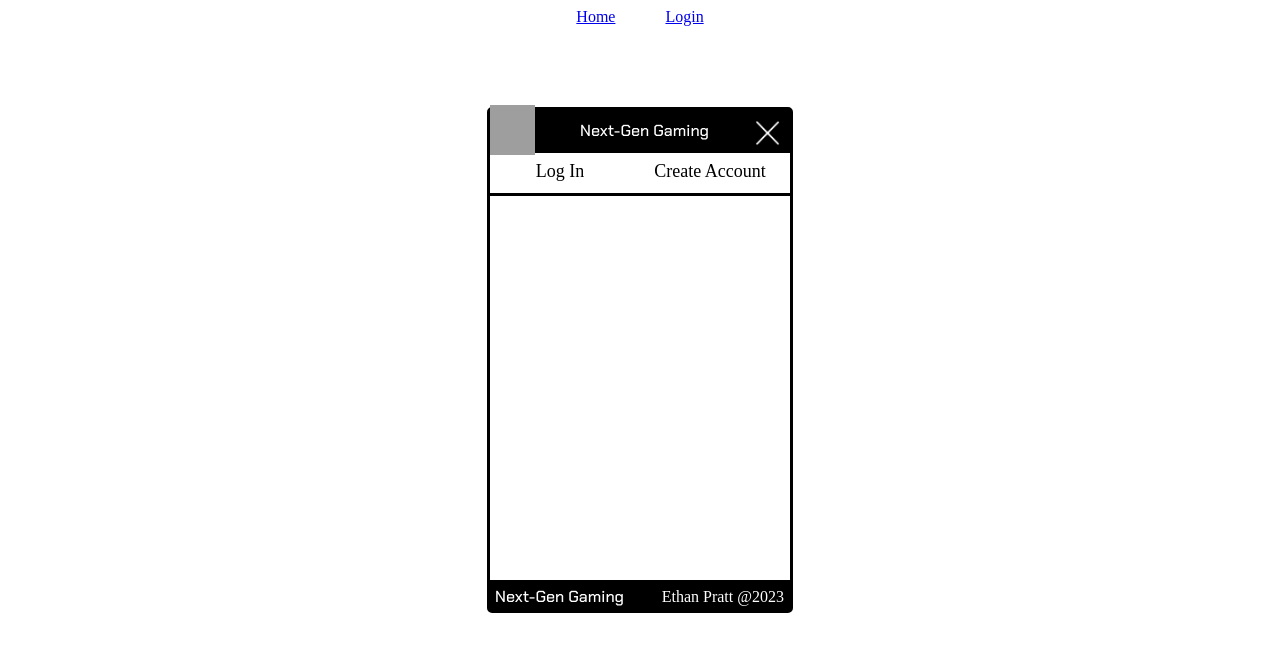
Repository: ghend99/login-page
Page: /change
An editor plug-in stored every save of this project. The page is shown before and after the next save, followed by the edit.
The browser window is 1280 px wide. The pictures show the whole page.
Pictures or frames that could not be fetched are drawn as grey boxes. The project was rebuilt for these pictures with package versions that can differ from the ones it lists, and the page was loaded fresh each time. Also part of the build but not shown: src/css/Create2.css, src/pages/Home.tsx, src/config/firebase.ts, src/pages/Login.tsx, src/css/Create.css, src/pages/Create.tsx, src/pages/Create2.tsx.

Above is the page before, as saved 2023-02-15 14:33:28.

### src/App.tsx
import React from "react";
import { BrowserRouter as Router, Routes, Route, Link } from "react-router-dom";
import "./css/App.css";
import "./css/LogIn.css";
import "./css/Create2.css";
import { Home } from "./pages/Home";
import { Login } from "./pages/Login";
import { Create } from "./pages/Create";
import { Create2 } from "./pages/Create2";
import { Change } from "./pages/Change";
import { Navbar } from "./Navbar";
function App() {
  return (
    <div className="App">
      <Router>
        <Navbar />
        <Routes>
          <Route path="/" element={<Home />} />
          <Route path="/login" element={<Login />} />
          <Route path="/change" element={<Change />} />
          <Route path="/create" element={<Create />} />
          <Route path="/create2" element={<Create2 />} />
        </Routes>
      </Router>
    </div>
  );
}

export default App;

### src/css/App.css
.App {
  text-align: center;
}

.App-logo {
  height: 40vmin;
  pointer-events: none;
}

@media (prefers-reduced-motion: no-preference) {
  .App-logo {
    animation: App-logo-spin infinite 20s linear;
  }
}

.App-header {
  background-color: #282c34;
  min-height: 100vh;
  display: flex;
  flex-direction: column;
  align-items: center;
  justify-content: center;
  font-size: calc(10px + 2vmin);
  color: white;
}

.App-link {
  color: #61dafb;
}

@keyframes App-logo-spin {
  from {
    transform: rotate(0deg);
  }
  to {
    transform: rotate(360deg);
  }
}

button {
  cursor: pointer;
}

### src/css/LogIn.css
@import url("https://fonts.googleapis.com/css2?family=Caveat&family=Chakra+Petch:wght@500&display=swap");

.container {
  position: fixed;
  border: solid;
  border-radius: 5px;
  background-color: white;
  height: 500px;
  width: 10%;
  min-width: 300px;
  top: 50%;
  left: 50%;
  transform: translate(-50%, -50%);
  min-width: none;
}

.login-title {
  left: 50px;
}

.navbar-home {
  margin-right: 50px;
}

.main-link {
  position: relative;
  display: grid;
  grid-template-columns: 1fr 1fr;
  border-bottom: solid;
  padding-top: 5px;
  padding-bottom: 5px;
}

.main-link-login,
.main-link-create-account {
  margin-left: 20px;
  font-size: 12px;
  font-size: 18px;
}

.main-login-title {
  position: relative;
  display: flex;
  left: 40px;
  font-size: 20px;
  margin-top: 20px;
  margin-bottom: 10px;
  font-family: "Chakra Petch";
}

.login {
  position: relative;
  display: flex;
  flex-direction: column;
  justify-content: middle;
  width: 300px;
  left: 5%;
  height: 100px;
}

.login-email {
  position: absolute;
  display: flex;
  height: 30px;
  width: 250px;
  margin-top: 15px;
  border: solid;

  border-width: 2.5px;
  border-radius: 2px;
}

.login-email-2 {
  position: absolute;
  display: flex;
  height: 30px;
  width: 250px;
  margin-top: 15px;
  border: solid;
  border-color: orange;
  border-width: 2.5px;
  border-radius: 2px;
}

.login-password {
  position: absolute;
  display: flex;
  margin-top: 40px;
  border: solid;
  height: 30px;
  width: 250px;
  border-width: 2.5px;
  border-radius: 2px;

  vertical-align: center;
  top: 20px;
}

.show-password {
  position: relative;
  left: 90px;
  top: -33px;
}

.login-confirm {
  position: relative;
  display: flex;
  justify-content: center;
  width: 280px;
  height: 30px;
  left: -7px;
  top: 100px;
  margin-top: 15px;
  padding-top: 5px;
  padding-bottom: 5px;
  cursor: pointer;
}

.reset-password {
  display: flex;
  position: relative;
  top: 100px;
}

.login-break {
  position: relative;
  display: flex;
  top: 30px;
  justify-content: center;
}

.google-login {
  position: relative;
  display: flex;
  top: 20px;
  width: 280px;
  height: 30px;
  left: 8px;
  justify-content: center;
  padding-top: 5px;
  padding-bottom: 5px;
}

### src/pages/Change.tsx
import "../css/Change.css";
import { Header } from "../components/Header";
import { Footer } from "../components/Footer";
import { MainLink } from "../components/MainLink";

export const Change = () => {
  return (
    <div className="container-change">
      <Header />
      <MainLink />
      <Footer />
    </div>
  );
};

### src/Navbar.tsx
import { Link } from "react-router-dom";

export const Navbar = () => {
  return (
    <div>
      <Link to="/" className="navbar-home">
        Home
      </Link>
      <Link to="/login">Login</Link>
    </div>
  );
};

### src/components/Header.tsx
import "../css/Header.css";
import { useNavigate } from "react-router-dom";
export const Header = () => {
  const navigate = useNavigate();

  const close = () => {
    navigate("/");
  };

  return (
    <div className="header">
      <img className="header-logo" src={require("../images/logo.png")} />
      <p className="header-title">Next-Gen Gaming</p>

      <img className="header-close" src={require("../images/Close.png")} />
      <button className="header-close--button" onClick={close} />
    </div>
  );
};

### src/components/Footer.tsx
import "../css/Footer.css";

export const Footer = () => {
  return (
    <div className="footer">
      <p className="footer-title">Next-Gen Gaming</p>
      <p className="footer-certification">Ethan Pratt @2023</p>
    </div>
  );
};

### src/components/MainLink.tsx
import { Link } from "react-router-dom";
import "../css/MainLink.css";

export const MainLink = () => {
  return (
    <div className="main-link">
      <Link className="main-link-login" to="/login">
        Log In
      </Link>
      <Link className="main-link-create-account" to="/create">
        Create Account
      </Link>
    </div>
  );
};

### src/css/Change.css
.container-change {
  position: fixed;
  border: solid;
  border-radius: 5px;
  background-color: white;
  height: 500px;
  width: 10%;
  min-width: 300px;
  top: 50%;
  left: 50%;
  transform: translate(-50%, -50%);
  min-width: none;
}

### src/css/Header.css
.header {
  position: relative;
  height: 40px;
  border-bottom: solid;
  background-color: black;
}

.header-logo {
  position: absolute;
  display: flex;
  top: -5px;
  height: 50px;
  width: 15%;
}

.header-title {
  position: absolute;
  display: flex;
  margin: 0;
  justify-content: center;
  left: 30%;
  top: 10px;
  font-family: "Chakra Petch";
  color: white;
}

.header-close {
  position: absolute;
  display: flex;
  right: 10px;
  top: 0;
  padding-top: 10px;
  padding-bottom: 10px;
  width: 25px;
  cursor: pointer;
}

.header-close--button {
  position: relative;
  display: flex;
  left: 257px;
  top: 5px;
  width: 37px;
  height: 33px;
  opacity: 0;
}

### src/css/Footer.css
.footer {
  position: fixed;
  height: 30px;
  background-color: black;
  bottom: 0;
  left: 0;
  right: 0;
}

.footer-title {
  position: absolute;
  display: flex;
  left: 5px;
  top: -10px;
  font-family: "Chakra Petch";
  color: white;
}

.footer-certification {
  position: absolute;
  display: flex;
  top: -8px;
  right: 6px;
  color: white;
}

### src/css/MainLink.css
.main-link {
  position: relative;
  display: grid;
  grid-template-columns: 1fr 1fr;
  border-bottom: solid;
  padding-top: 5px;
  padding-bottom: 5px;
  height: 30px;
}

.main-link-login {
  position: absolute;
  display: flex;
  left: 20px;
  margin-left: 20px;
  font-size: 12px;
  font-size: 18px;
  width: 60px;
  justify-content: center;
  padding-top: 8px;
  padding-bottom: 8px;
  text-decoration: none;
  color: black;
}

.main-link-login:hover,
.main-link-create-account:hover {
  border-bottom: solid;
  border-color: black;
}

.main-link-create-account {
  margin-right: 20px;
  font-size: 12px;
  font-size: 18px;
  position: absolute;
  display: flex;
  width: 120px;
  right: 0;
  justify-content: center;
  padding-top: 8px;
  padding-bottom: 8px;
  text-decoration: none;
  color: black;
}

Loaded but not shown: public/index.html (common file); src/index.tsx (common file)

After the next save:
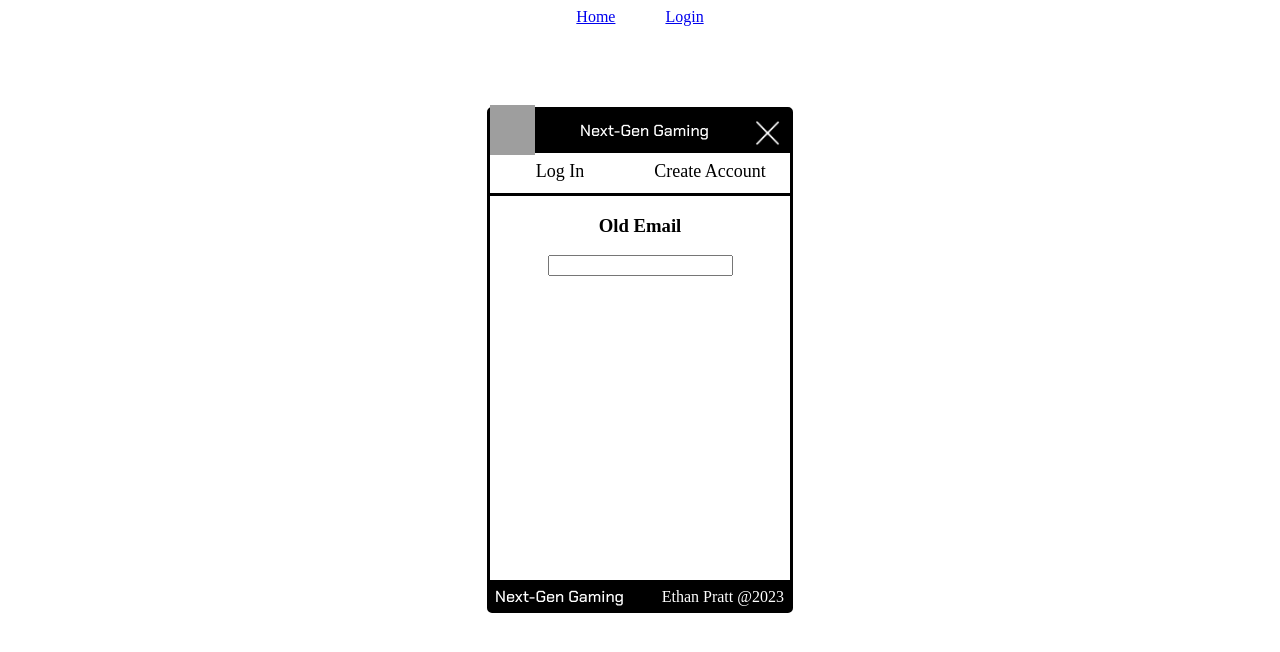
Saved 98 s later.
--- a/src/pages/Change.tsx
+++ b/src/pages/Change.tsx
@@ -8,6 +8,10 @@ export const Change = () => {
     <div className="container-change">
       <Header />
       <MainLink />
+      <main>
+        <h3 className="change-email--title">Old Email</h3>
+        <input className="change-email--input" />
+      </main>
       <Footer />
     </div>
   );
